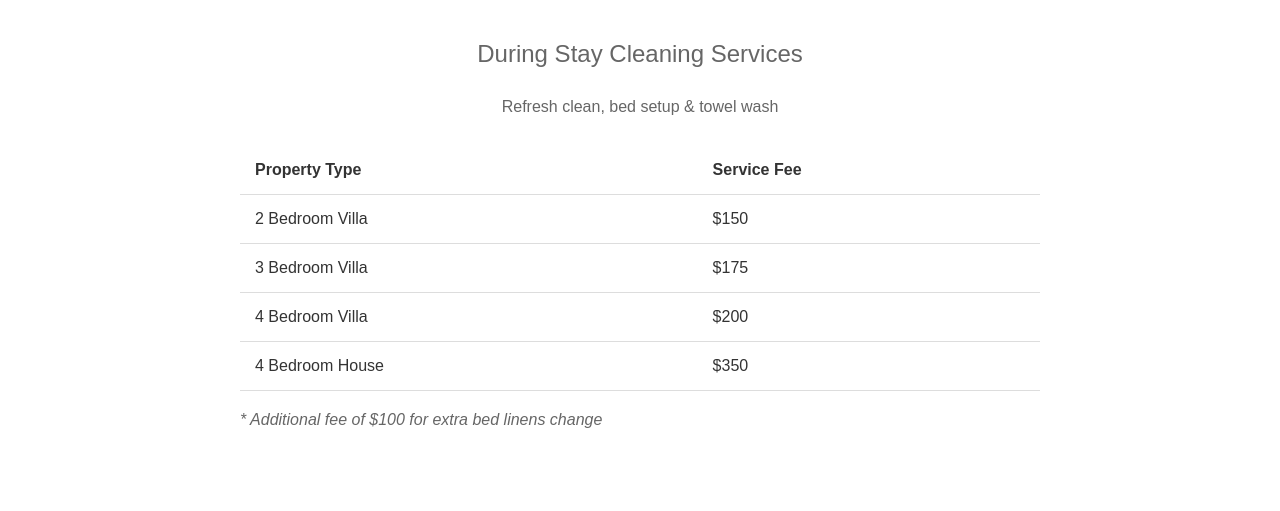
Repository: chvg1968/airphonebook
Page: src/html/pages/cleaning.html
These files come from the project's save history. The page is drawn as it stood at one moment and after the next save; the edit follows.
The browser window is 1280 px wide. The pictures show the whole page.

Above is the page before, as saved 2025-05-09 08:45:55.

After the next save:
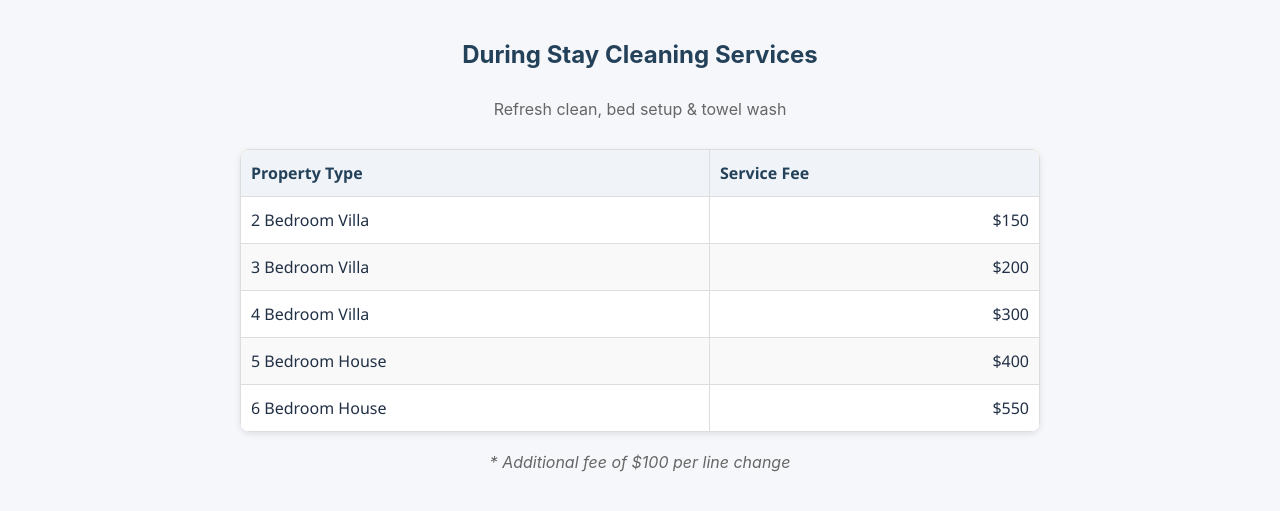
Saved 51 min 3 s later.
--- a/src/html/pages/cleaning.html
+++ b/src/html/pages/cleaning.html
@@ -4,44 +4,61 @@
     <meta charset="UTF-8">
     <meta name="viewport" content="width=device-width, initial-scale=1.0">
     <title>Luxe Properties - Cleaning Services</title>
+    <link rel="stylesheet" href="../../../assets/styles/components/modal.css">
+    <link rel="stylesheet" href="../../../assets/styles/components/table.css">
     <style>
         body {
-            font-family: Arial, sans-serif;
+            font-family: 'Inter', 'Segoe UI', 'Roboto', Arial, sans-serif;
             max-width: 800px;
             margin: 0 auto;
             padding: 20px;
-            color: #333;
+            color: #223046;
+            background: #f6f7fa;
         }
         h1, h2 {
             text-align: center;
-            color: #666;
-            font-weight: normal;
+            color: #24415a;
+            font-weight: 700;
+            margin-bottom: 0.5em;
         }
         .service-description {
             text-align: center;
             color: #666;
             margin: 30px 0;
         }
-        .rates-table {
-            width: 100%;
-            border-collapse: collapse;
-            margin-top: 30px;
-        }
-        .rates-table th, .rates-table td {
-            padding: 15px;
-            text-align: left;
-            border-bottom: 1px solid #ddd;
-        }
         .note {
             color: #666;
             font-style: italic;
             margin-top: 20px;
+            text-align: center;
+        }
+        .rates-table {
+            width: 100%;
+            border-collapse: collapse;
+            font-family: 'Segoe UI', 'Inter', Arial, sans-serif;
+            background: #fff;
+            box-shadow: 0 2px 6px rgba(0,0,0,0.10);
+            margin-bottom: 20px;
+            border-radius: 10px;
+            overflow: hidden;
+        }
+        .rates-table th, .rates-table td {
+            padding: 12px 10px;
+            border: 1px solid #ddd;
+            text-align: left;
+        }
+        .rates-table td:last-child {
+            text-align: right;
+        }
+        .rates-table thead th {
+            background-color: #f0f4f8;
+            color: #24415a;
+            font-weight: 600;
         }
     </style>
 </head>
 <body>
     <h2>During Stay Cleaning Services</h2>
-
     <p class="service-description">Refresh clean, bed setup & towel wash</p>
 
     <table class="rates-table">
@@ -58,19 +75,23 @@
             </tr>
             <tr>
                 <td>3 Bedroom Villa</td>
-                <td>$175</td>
+                <td>$200</td>
             </tr>
             <tr>
                 <td>4 Bedroom Villa</td>
-                <td>$200</td>
+                <td>$300</td>
             </tr>
             <tr>
-                <td>4 Bedroom House</td>
-                <td>$350</td>
+                <td>5 Bedroom House</td>
+                <td>$400</td>
+            </tr>
+            <tr>
+                <td>6 Bedroom House</td>
+                <td>$550</td>
             </tr>
         </tbody>
     </table>
 
-    <p class="note">* Additional fee of $100 for extra bed linens change</p>
+    <p class="note">* Additional fee of $100 per line change</p>
 </body>
 </html>
